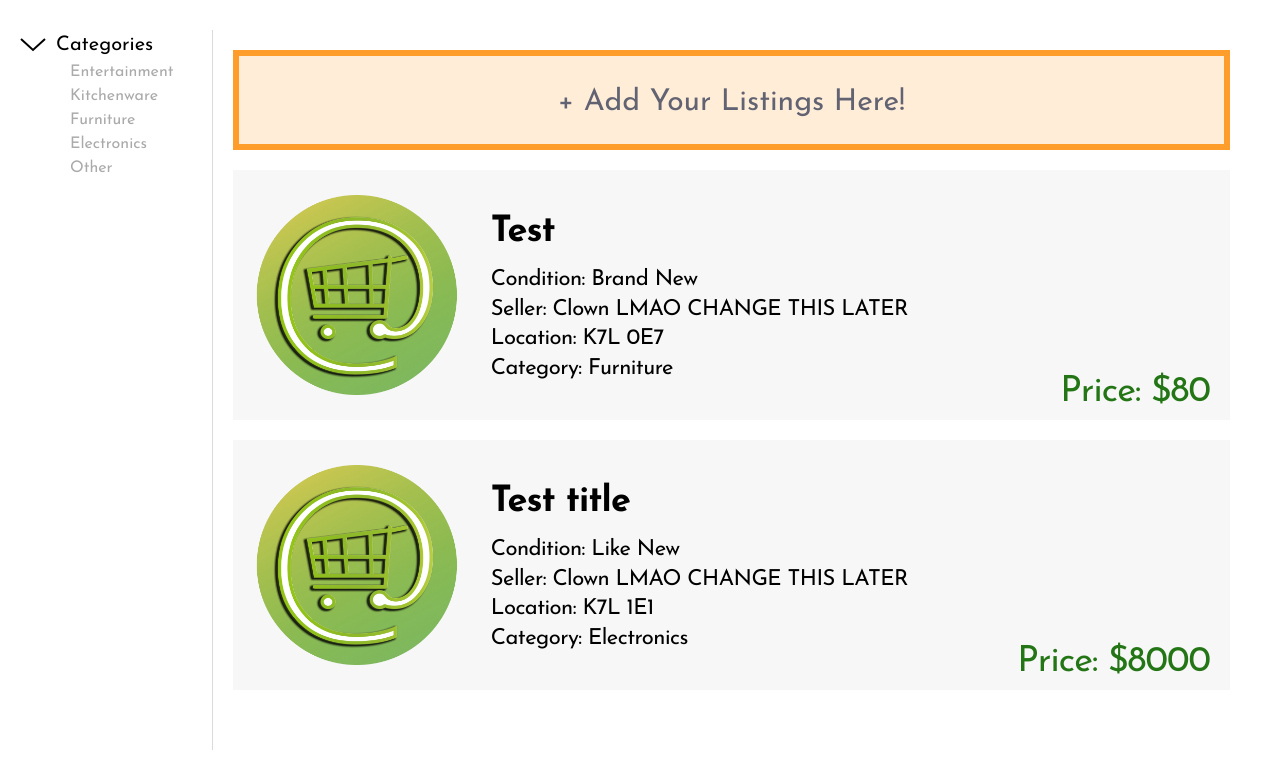
Repository: AdwaitSri/Kingston-Marketplace
Page: /listings (app in qhacks-24/)
These files come from the project's save history. The page is drawn as it stood at one moment and after the next save; the edit follows.
The browser window is 1280 px wide. The pictures show the whole page.
The project was rebuilt for these pictures with package versions that can differ from the ones it lists, and the page was loaded fresh each time. Also part of the build but not shown: qhacks-24/src/components/HomeNavbar.js, qhacks-24/src/pages/Home.js, qhacks-24/src/pages/Signup.js, qhacks-24/src/components/CreationNavbar.js, qhacks-24/src/pages/Creation.js, qhacks-24/src/pages/Item.js.

Above is the page before, as saved 2024-02-03 18:08:29.

After the next save:
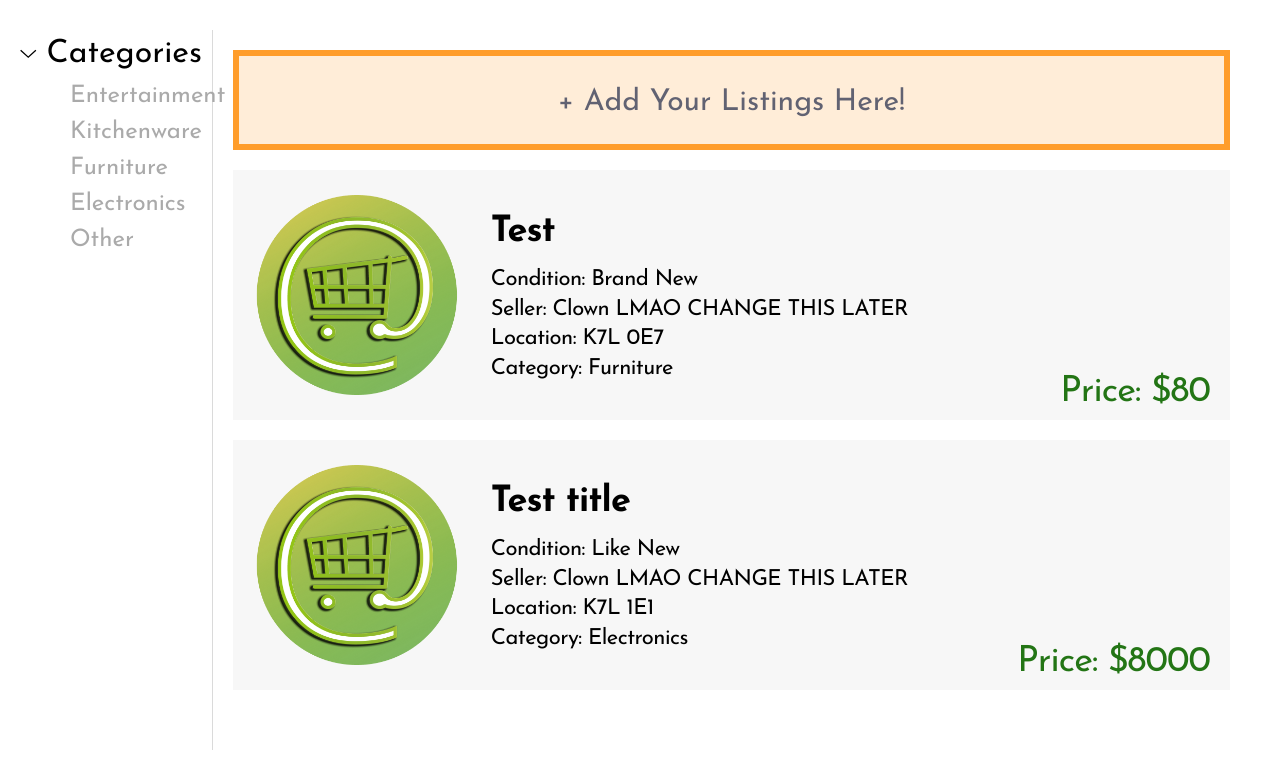
Saved 5 min 47 s later.
--- a/qhacks-24/src/pages/Listings.js
+++ b/qhacks-24/src/pages/Listings.js
@@ -148,7 +148,7 @@ export default function Listings() {
     });
 
     const filterCategories = selectedCategory.map(category => {
-        const styles = category.selected ? "font-jose ml-[40px] text-[#000000] hover:cursor-pointer" : "font-jose ml-[40px] text-[#aaaaaa] hover:cursor-pointer";
+        const styles = category.selected ? "font-jose ml-[40px] text-[#000000] text-[24px] hover:cursor-pointer" : "font-jose ml-[40px] text-[24px] text-[#aaaaaa] hover:cursor-pointer";
         return (
         <h1
             className={styles}
@@ -170,7 +170,7 @@ export default function Listings() {
                     <path d="M1 1L13 12L25 1" stroke="black" stroke-width="2"/>
                     </svg>
                     <h1
-                        className="font-jose ml-[10px] text-[20px]"
+                        className="font-jose ml-[10px] text-[32px]"
                     >Categories</h1>
                 </div>
                 <div>
